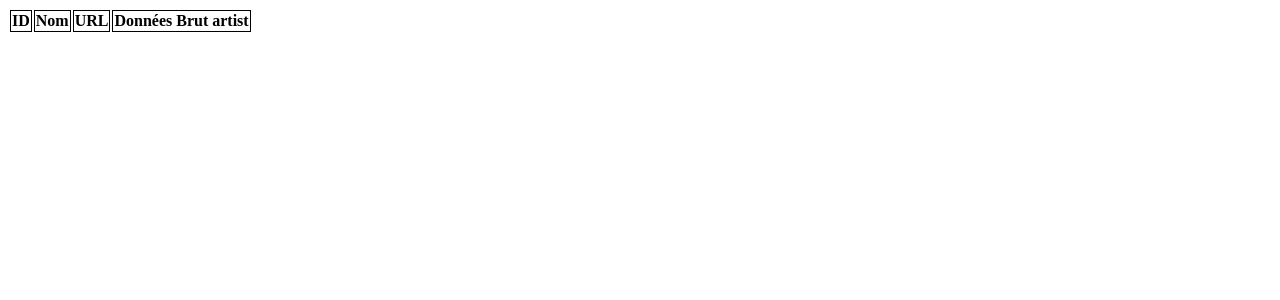
Repository: laurentbul/ApplicationEssai
Page: http://localhost/code/artists.php
These files come from the project's save history. The page is drawn as it stood at one moment and after the next save; the edit follows.
The browser window is 1280 px wide. The pictures show the whole page.
The page is run by PHP 8.4 with error messages shown; the project is at /var/www/html/. Queries for data that is not in the repository find no rows.

Above is the page before, as saved 2023-04-10 16:48:13.

### ncode/artists.php
<?php
    // en haut de page, avec la requête :
   // $tableau = $requete->fetchAll(PDO::FETCH_OBJ);
  //  var_dump($tableau);
    // on importe le contenu du fichier "db.php"
    include 'db.php';
    // on exécute la méthode de connexion à notre BDD
    $db = connexionBase();

    // on lance une requête pour chercher toutes les fiches d'artistes
    $requete = $db->query('SELECT * FROM artist');
    // on récupère tous les résultats trouvés dans une variable
    $tableau = $requete->fetchAll(PDO::FETCH_OBJ);
    // on clôt la requête en BDD
    $requete->closeCursor();

?>

<!DOCTYPE html>
<html lang="fr">
<head>
    <meta charset="UTF-8">
    <meta http-equiv="X-UA-Compatible" content="IE=edge">
    <meta name="viewport" content="width=device-width, initial-scale=1.0">
    <title>PDO - Liste</title>
</head>
<body>
    <table style="border: 1px solid  margin-top: 200px;">
        <tr style="border: 1px solid;">
            <th  style="border: 1px solid;">ID</th>
            <th  style="border: 1px solid;">Nom</th>
            <th  style="border: 1px solid;">URL</th>
            <th  style="border: 1px solid;">Données Brut artist</th>
        </tr>

        <?php foreach ($tableau as $artist): ?>


            <tr  style="border: 1px solid;">
                <td  style="border: 1px solid;"><?= $artist->artist_id ?></td>
                <td  style="border: 1px solid;"><?= $artist->artist_name ?></td>
                <td  style="border: 1px solid;"><?= $artist->artist_url ?></td>
                <td  style="border: 1px solid;">  <?php var_dump($artist); // Le var_dump() est écrit à titre informatif ?></td>

            </tr>

        <?php endforeach; ?>

    </table>
</body>
</html>

### ncode/db.php
<?php
function ConnexionBase() {

    try
    {
        $connexion = new PDO('mysql:host=localhost;charset=utf8;dbname=record', 'root', '');
        $connexion->setAttribute(PDO::ATTR_ERRMODE, PDO::ERRMODE_EXCEPTION);
        return $connexion;

    } catch (Exception $e) {
        echo "Erreur : " . $e->getMessage() . "<br>";
        echo "N° : " . $e->getCode();
        die("Fin du script");
    }
}
?>

After the next save:
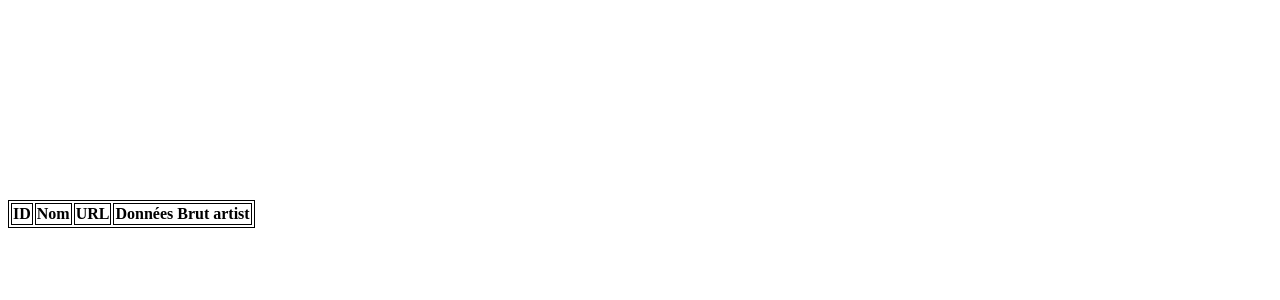
Saved 72 s later.
--- a/ncode/artists.php
+++ b/ncode/artists.php
@@ -25,7 +25,7 @@
     <title>PDO - Liste</title>
 </head>
 <body>
-    <table style="border: 1px solid  margin-top: 200px;">
+    <table style="border: 1px solid ; margin-top: 200px;">
         <tr style="border: 1px solid;">
             <th  style="border: 1px solid;">ID</th>
             <th  style="border: 1px solid;">Nom</th>
